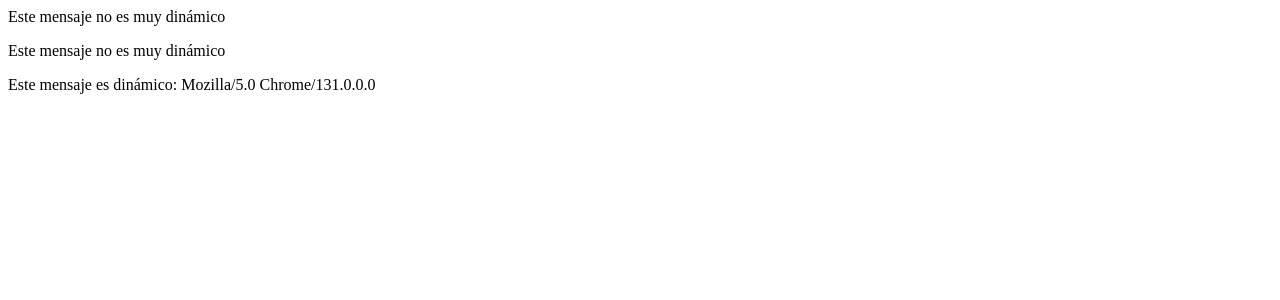
Repository: luisburgosvilca/servlets
Page: http://localhost/1-JSPServlets/index.jsp
The author's editor kept a copy of each file at every save. The page is drawn from the files as they stood at one save, then again after the next save.
The browser window is 1280 px wide. The pictures show the whole page.
The page is served by Tomcat 9.

Above is the page before, as saved 2019-02-19 21:18:47.

After the next save:
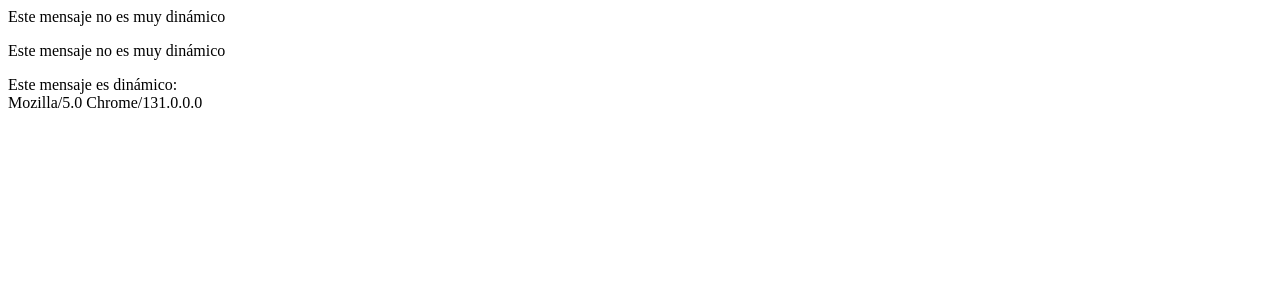
Saved 13 s later.
--- a/1-JSPServlets/WebContent/index.jsp
+++ b/1-JSPServlets/WebContent/index.jsp
@@ -15,7 +15,7 @@
 
 	<p>Este mensaje no es muy dinámico</p>
 
-	<% out.println("Este mensaje es dinámico: \n"+request.getHeader("USER-AGENT")); %>
+	<% out.println("Este mensaje es dinámico: <br>"+request.getHeader("USER-AGENT")); %>
 
 </body>
 </html>
